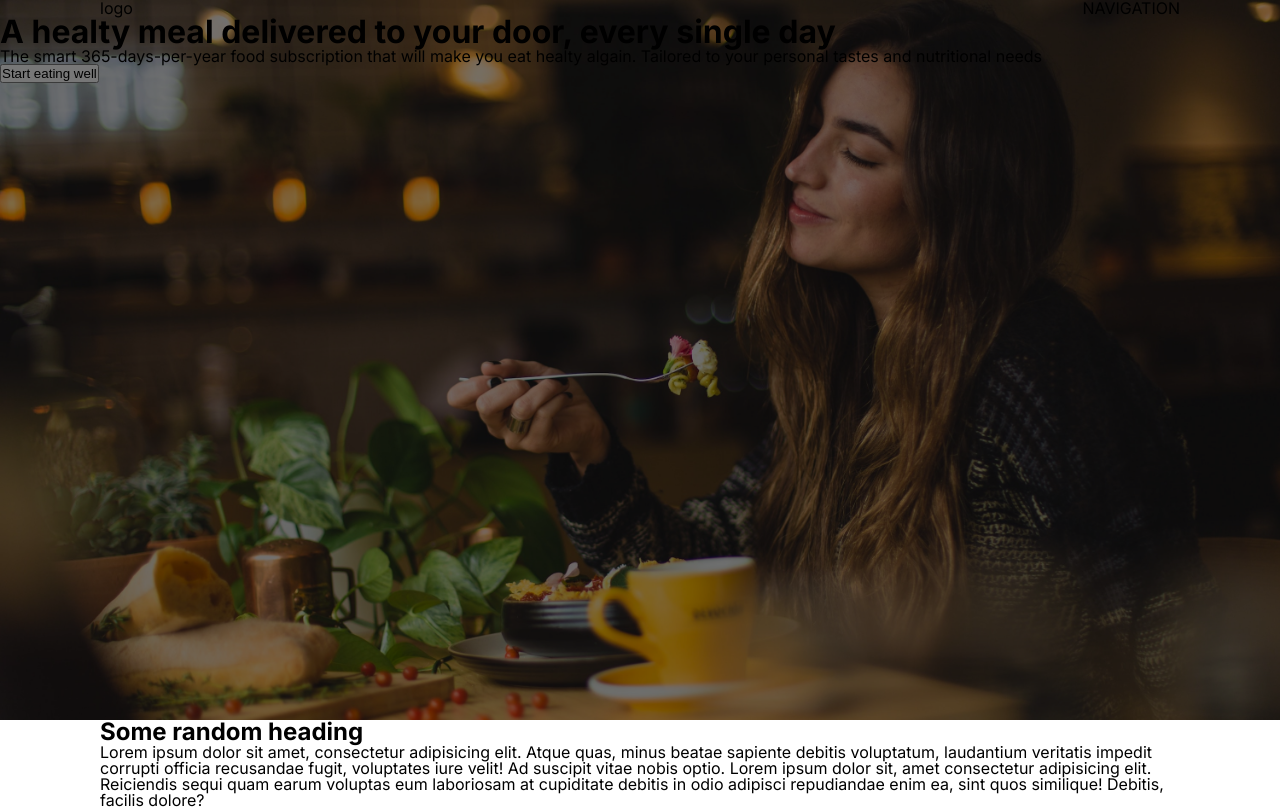
Repository: Ahmed123rezk123/06-Components
Page: hero.html
These files come from the project's save history. The page is drawn as it stood at one moment and after the next save; the edit follows.
The browser window is 1280 px wide. The pictures show the whole page.

Above is the page before, as saved 2024-09-18 09:14:40.

### hero.html
<!DOCTYPE html>
<html lang="en">
  <head>
    <meta charset="UTF-8" />
    <meta name="viewport" content="width=device-width, initial-scale=1.0" />
    <link rel="preconnect" href="https://fonts.gstatic.com" />
    <link
      href="https://fonts.googleapis.com/css2?family=Inter:wght@400;500;700&display=swap"
      rel="stylesheet"
    />
    <style>
      * {
        margin: 0;
        padding: 0;
        box-sizing: border-box;
      }

      body {
        font-family: "Inter", sans-serif;
        /* color: #343a40;
        background-color: #f8f9fa; */
        line-height: 1;
      }
      header {
        position: relative;
        background-image: url(/hero.jpg);
        background-repeat: no-repeat;
        background-size: cover;
        height: 100vh;
      }
      header::after {
        content: "";
        position: absolute;
        width: 100%;
        height: 100%;
        background-color: rgba(0, 0, 0, 0.5);
        top: 0;
        left: 0;
      }
      .container {
        margin: 0 100px;
      }
      nav {
        display: flex;
        justify-content: space-between;
        align-items: center;
      }
    </style>
    <title>Pagination</title>
  </head>
  <body>
    <header>
      <nav class="container">
        <div>logo</div>
        <div>NAVIGATION</div>
      </nav>
      <div class="header-container">
        <div class="header-container-inner">
          <h1>A healty meal delivered to your door, every single day</h1>
          <p>
            The smart 365-days-per-year food subscription that will make you eat
            healty algain. Tailored to your personal tastes and nutritional
            needs
          </p>
          <button class="btn">Start eating well</button>
        </div>
      </div>
    </header>
    <section class="container">
      <h1>Some random heading</h1>
      <p>
        Lorem ipsum dolor sit amet, consectetur adipisicing elit. Atque quas,
        minus beatae sapiente debitis voluptatum, laudantium veritatis impedit
        corrupti officia recusandae fugit, voluptates iure velit! Ad suscipit
        vitae nobis optio. Lorem ipsum dolor sit, amet consectetur adipisicing
        elit. Reiciendis sequi quam earum voluptas eum laboriosam at cupiditate
        debitis in odio adipisci repudiandae enim ea, sint quos similique!
        Debitis, facilis dolore?
      </p>
    </section>
  </body>
</html>

After the next save:
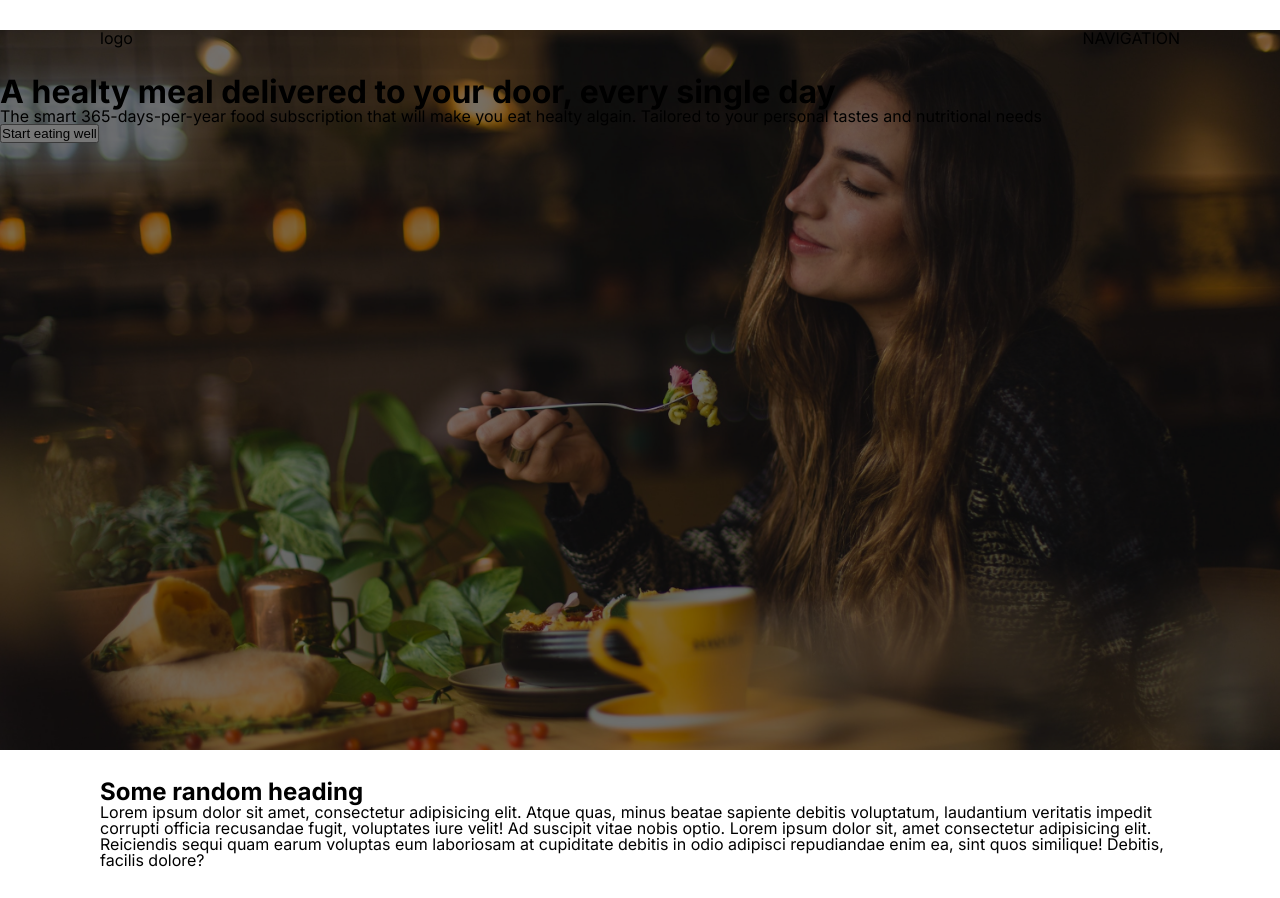
Saved 9 s later.
--- a/hero.html
+++ b/hero.html
@@ -38,7 +38,7 @@
         left: 0;
       }
       .container {
-        margin: 0 100px;
+        margin: 30px 100px;
       }
       nav {
         display: flex;
